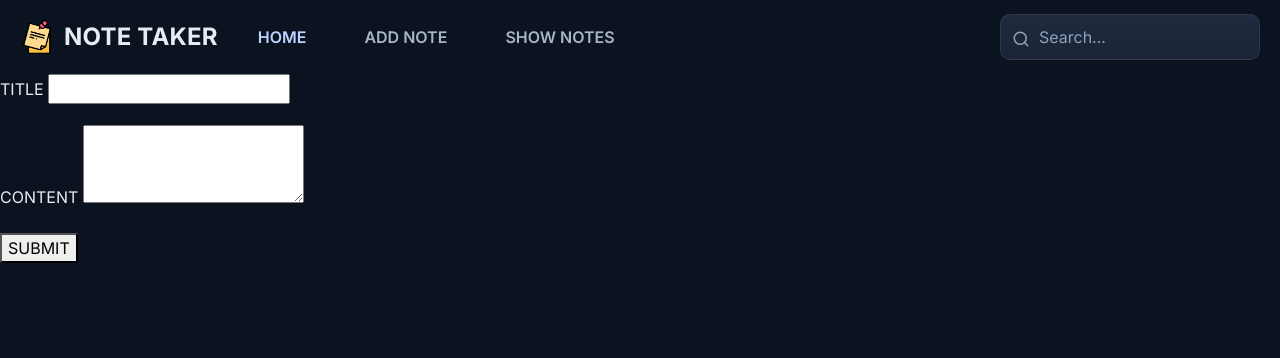
Repository: DEBDEEPTA/NOTE-TAKER
Page: http://localhost/NoteTaker/editform.jsp
An editor plug-in stored every save of this project. The page is shown before and after the next save, followed by the edit.
The browser window is 1280 px wide. The pictures show the whole page.
The page is served by Tomcat 10.

Above is the page before, as saved 2025-10-04 19:26:44.

After the next save:
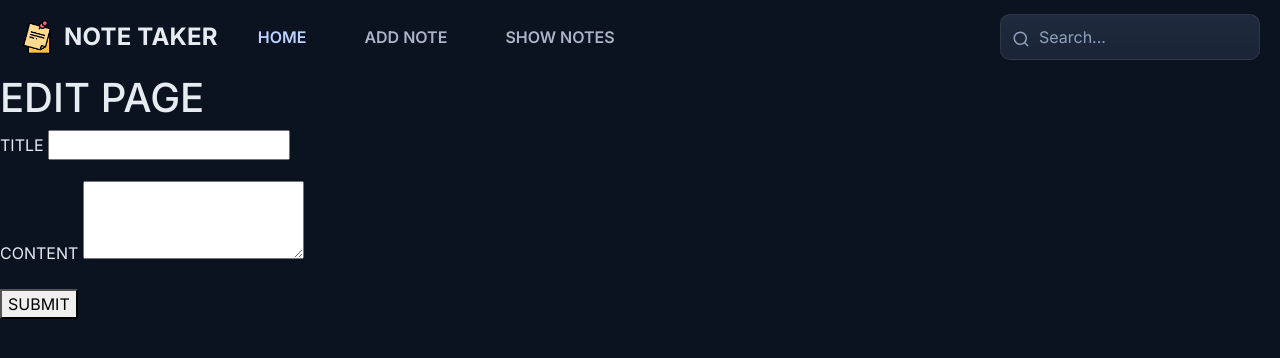
Saved 22 s later.
--- a/NoteTaker/src/main/webapp/editform.jsp
+++ b/NoteTaker/src/main/webapp/editform.jsp
@@ -21,7 +21,7 @@
 
 
 <!-- EDIT NOTE FORM -->
-
+<h1>EDIT PAGE</h1>
 <div class="form-card">
 <form action="SaveNotesServlet" method="post" class="contact-form" novalidate>
 
